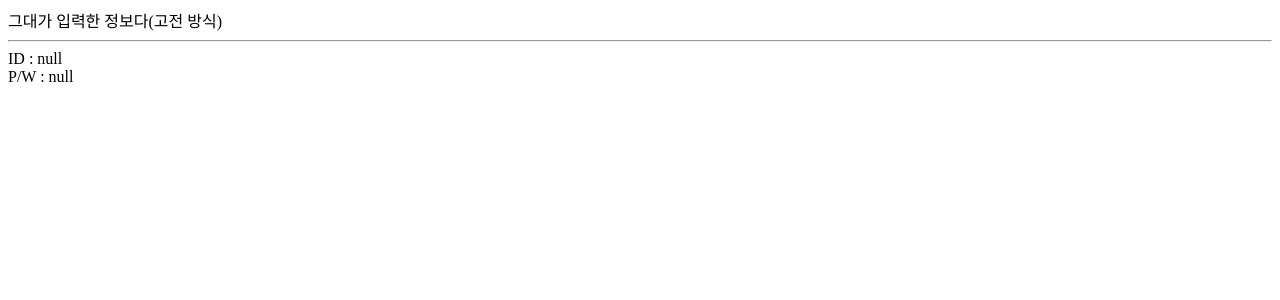
Repository: itrecipe/Web_ez
Page: http://localhost/jspCh06/04_testLogin.jsp
The author's editor kept a copy of each file at every save. The page is drawn from the files as they stood at one save, then again after a run of saves.
The browser window is 1280 px wide. The pictures show the whole page.
The page is served by Tomcat 9. Other server files are loaded and not shown.

Above is the page before, as saved 2023-04-03 03:26:02.

### jspCh06/src/main/webapp/04_testLogin.jsp
<%@ page language="java" contentType="text/html; charset=UTF-8"
    pageEncoding="UTF-8"%>
<!DOCTYPE html>
<html>
<head>
<meta charset="UTF-8">
<title>testLogin</title>
</head>
<body>

그대가 입력한 정보다(고전 방식)<hr>
ID : <%=request.getParameter("id") %><br/>
P/W : <%=request.getParameter("pwd") %><br/><br/>

</body>
</html>

After the next 6 saves:
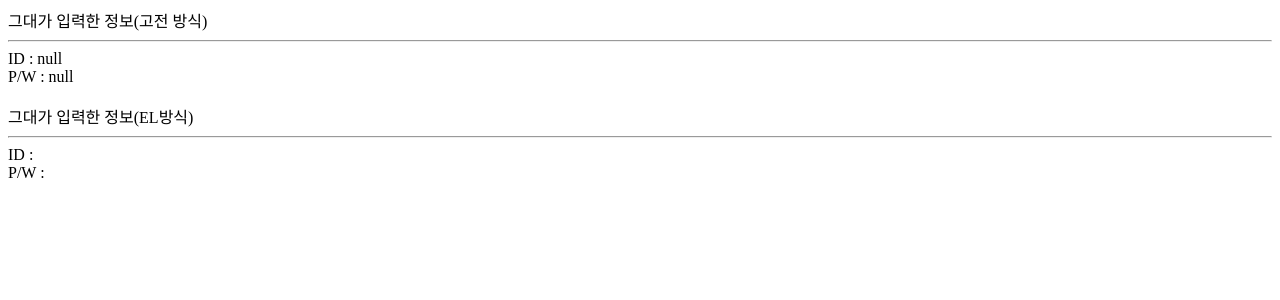
The 6 saves are shown as one change because 5 did not build or start.
The last was saved 2 min 38 s later.
--- a/jspCh06/src/main/webapp/04_testLogin.jsp
+++ b/jspCh06/src/main/webapp/04_testLogin.jsp
@@ -8,9 +8,16 @@
 </head>
 <body>
 
-그대가 입력한 정보다(고전 방식)<hr>
+그대가 입력한 정보(고전 방식)<hr>
 ID : <%=request.getParameter("id") %><br/>
 P/W : <%=request.getParameter("pwd") %><br/><br/>
 
+그대가 입력한 정보(EL방식)
+<hr/>
+<%--param은 내장 객체로서 EL문에서 사용하며,
+    param은 getParameter를 사용할 경우에 쓴다.
+--%>
+ID : ${param.id}<br/>
+P/W :${param["pwd"]}
 </body>
 </html>
